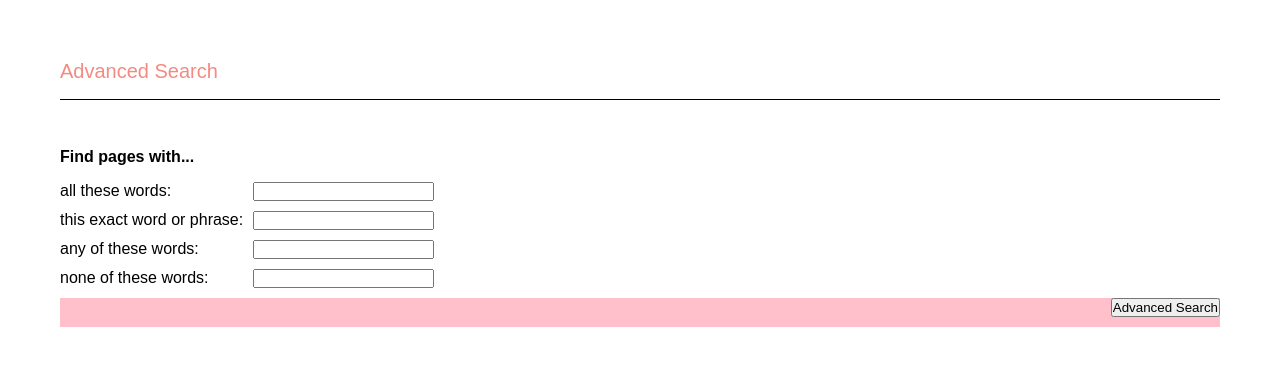
Repository: etentuk/search
Page: advanced_search.html
An editor plug-in stored every save of this project. The page is shown before and after a run of saves, followed by the edit.
The browser window is 1280 px wide. The pictures show the whole page.

Above is the page before, as saved 2021-11-04 23:42:35.

After the next 2 saves:
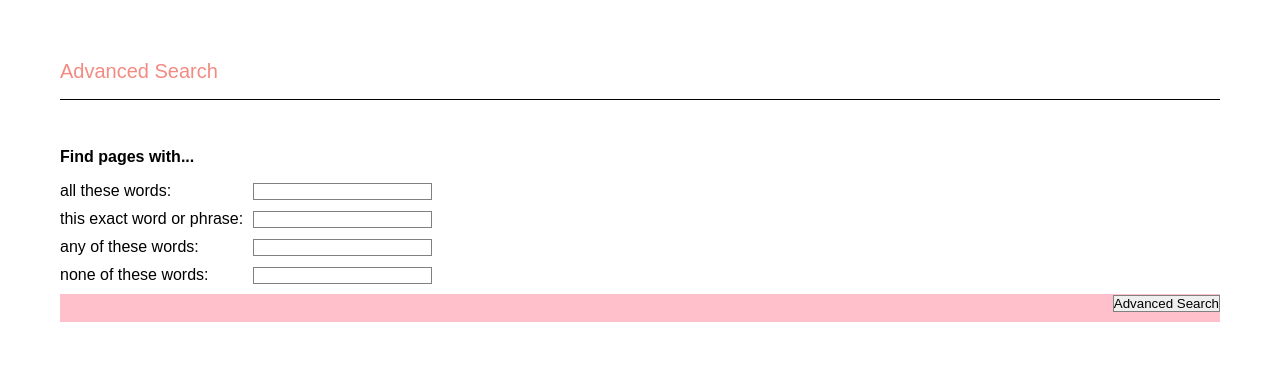
The 2 saves are shown as one change because they came seconds apart.
The last was saved 9 s later.
--- a/styles.css
+++ b/styles.css
@@ -47,11 +47,10 @@ label {
 }
 
 .form-example input {
-
   /* background-color: rgba(0, 0, 0, 0.8);
   width: 100%;
-  border-radius: 2px;
-  border: 1px solid grey; */
+  border-radius: 2px; */
+  border: 1px solid grey;
 }
 
 #submit {
